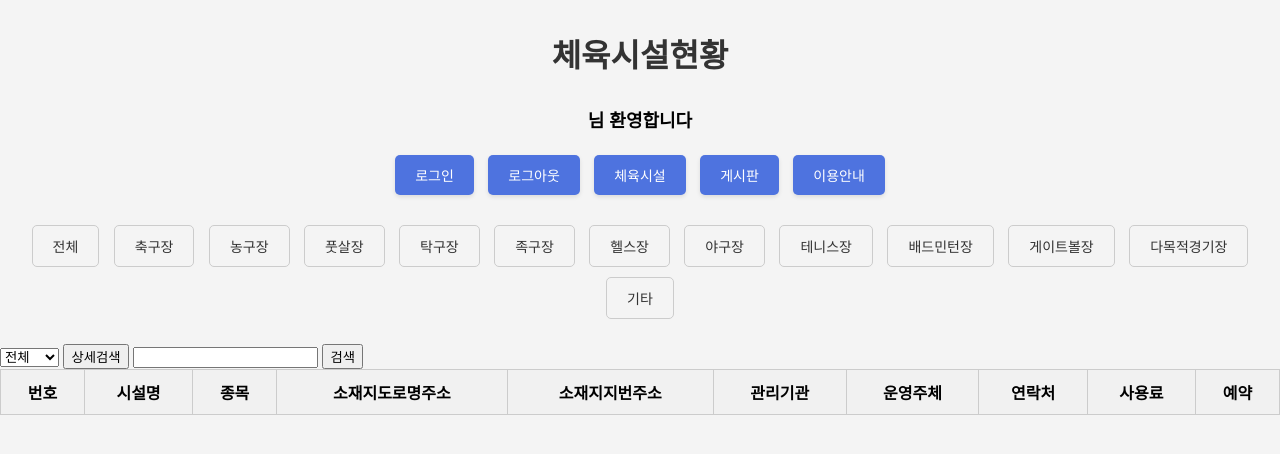
Repository: shinyunseok/portfolio1
Page: http://localhost/portfolio/WEB-INF/sport/getSportList.jsp
An editor plug-in stored every save of this project. The page is shown before and after the next save, followed by the edit.
The browser window is 1280 px wide. The pictures show the whole page.
The page is served by Tomcat 10. Nobody is signed in. The template is opened directly, without the code that normally fills it, so the values that code supplies are empty.

Above is the page before, as saved 2023-05-26 02:57:07.

After the next save:
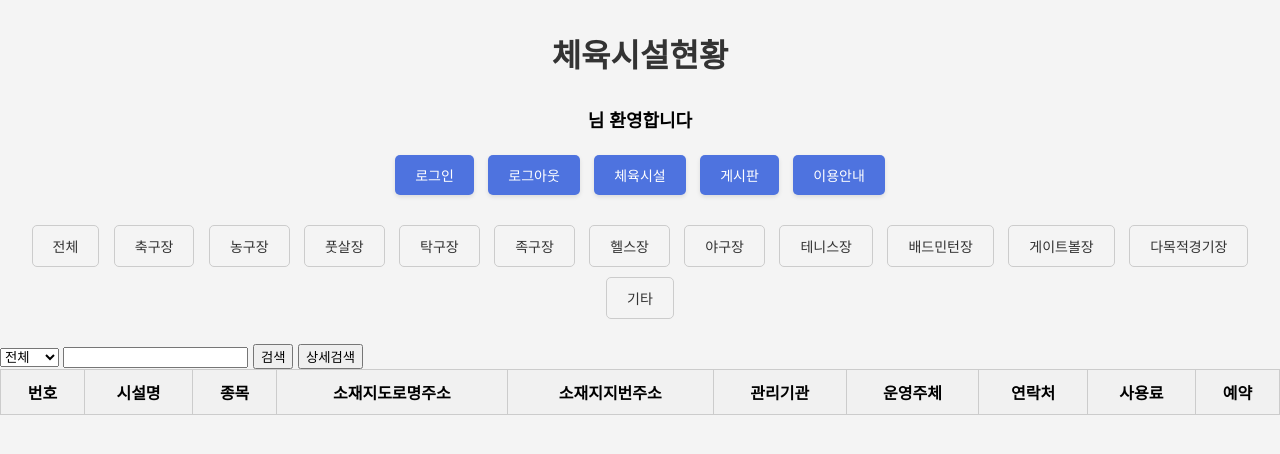
Saved 10 s later.
--- a/portfolio/src/main/webapp/WEB-INF/sport/getSportList.jsp
+++ b/portfolio/src/main/webapp/WEB-INF/sport/getSportList.jsp
@@ -170,9 +170,10 @@
 		<option>시설명</option>
 		<option>지역</option>
 	</select>
+
+
+	<input type="text" required="검색어를 입력하세요"> <button type="submit">검색</button>
 	<button>상세검색</button>
-
-	<input type="text" required="검색어를 입력하세요"> <button type="submit">검색</button>
 	</form>
 	<table>
 		<tr>
